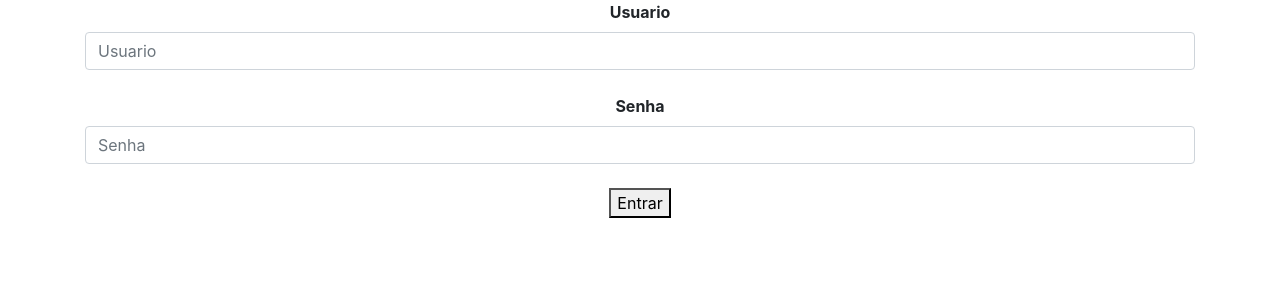
Repository: belchiorneto/innovationAPI
Page: http://localhost/TelaLogin/Login.jsp
These files come from the project's save history. The page is drawn as it stood at one moment and after the next save; the edit follows.
The browser window is 1280 px wide. The pictures show the whole page.
The page is served by Tomcat 9. Other server files are loaded and not shown.

Above is the page before, as saved 2019-05-07 19:23:50.

### TelaLogin/WebContent/Login.jsp
<%@ page language="java" contentType="text/html; charset=ISO-8859-1"
    pageEncoding="ISO-8859-1"%>
<!DOCTYPE html>
<html>
<head>
<meta charset="ISO-8859-1">
<title>XSeed - Estágio</title>
<link rel="stylesheet" href="https://stackpath.bootstrapcdn.com/bootstrap/4.3.1/css/bootstrap.min.css" integrity="sha384-ggOyR0iXCbMQv3Xipma34MD+dH/1fQ784/j6cY/iJTQUOhcWr7x9JvoRxT2MZw1T" crossorigin="anonymous">

</head>
<body>
	<form action="LoginConfere.jsp" method="Post">
	<div class="container">
	<center>
		<label for="login"><b>Usuario</b></label>
			<input type="text" class="form-control" placeholder="Usuario" name="login" required>
			<br>
		<label for="password"><b>Senha</b></label>
			<input type="password" class="form-control" placeholder="Senha" name="password" required>
			<br>
		<button type="submit">Entrar</button>
		</center>
	</div>
</form>
</body>
</html>

After the next save:
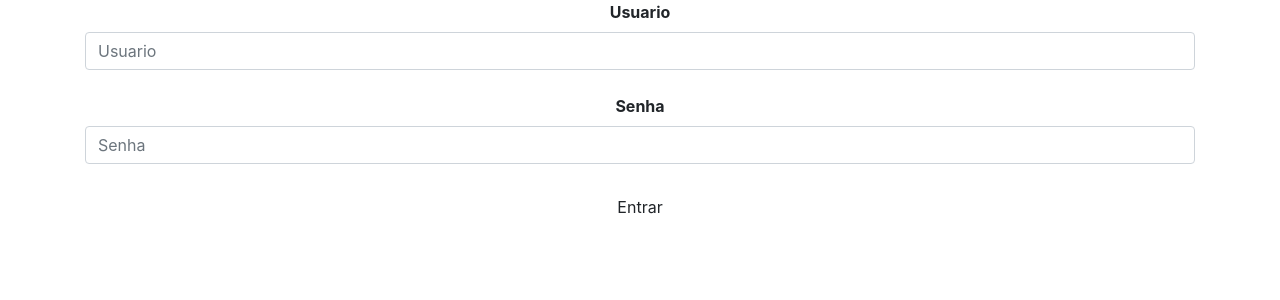
Saved 24 s later.
--- a/TelaLogin/WebContent/Login.jsp
+++ b/TelaLogin/WebContent/Login.jsp
@@ -18,7 +18,7 @@
 		<label for="password"><b>Senha</b></label>
 			<input type="password" class="form-control" placeholder="Senha" name="password" required>
 			<br>
-		<button type="submit">Entrar</button>
+		<button type="submit" class="btn btn-default">Entrar</button>
 		</center>
 	</div>
 </form>
